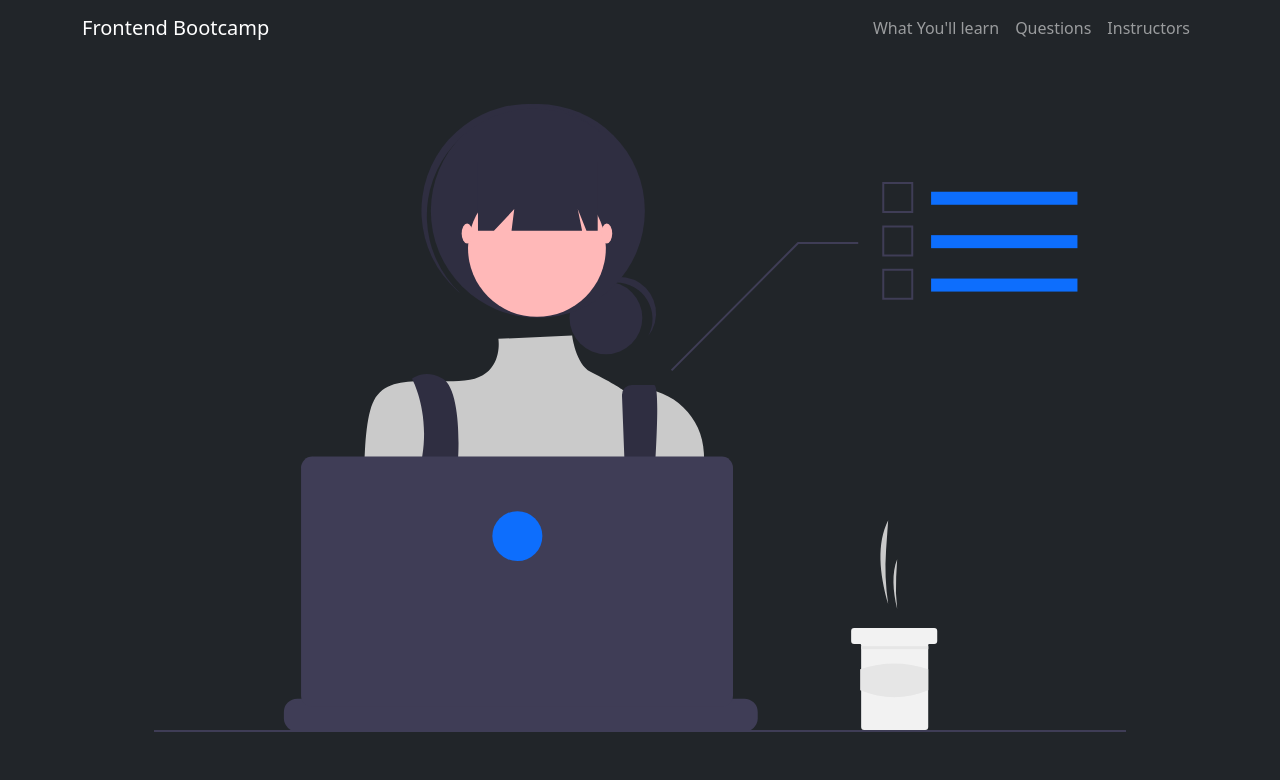
Repository: Marhamat92/Bootstrap5-Responsive-Website-
Page: index.html
These files come from the project's save history. The page is drawn as it stood at one moment and after the next save; the edit follows.
The browser window is 1280 px wide. The pictures show the whole page.

Above is the page before, as saved 2021-09-18 15:56:44.

After the next save:
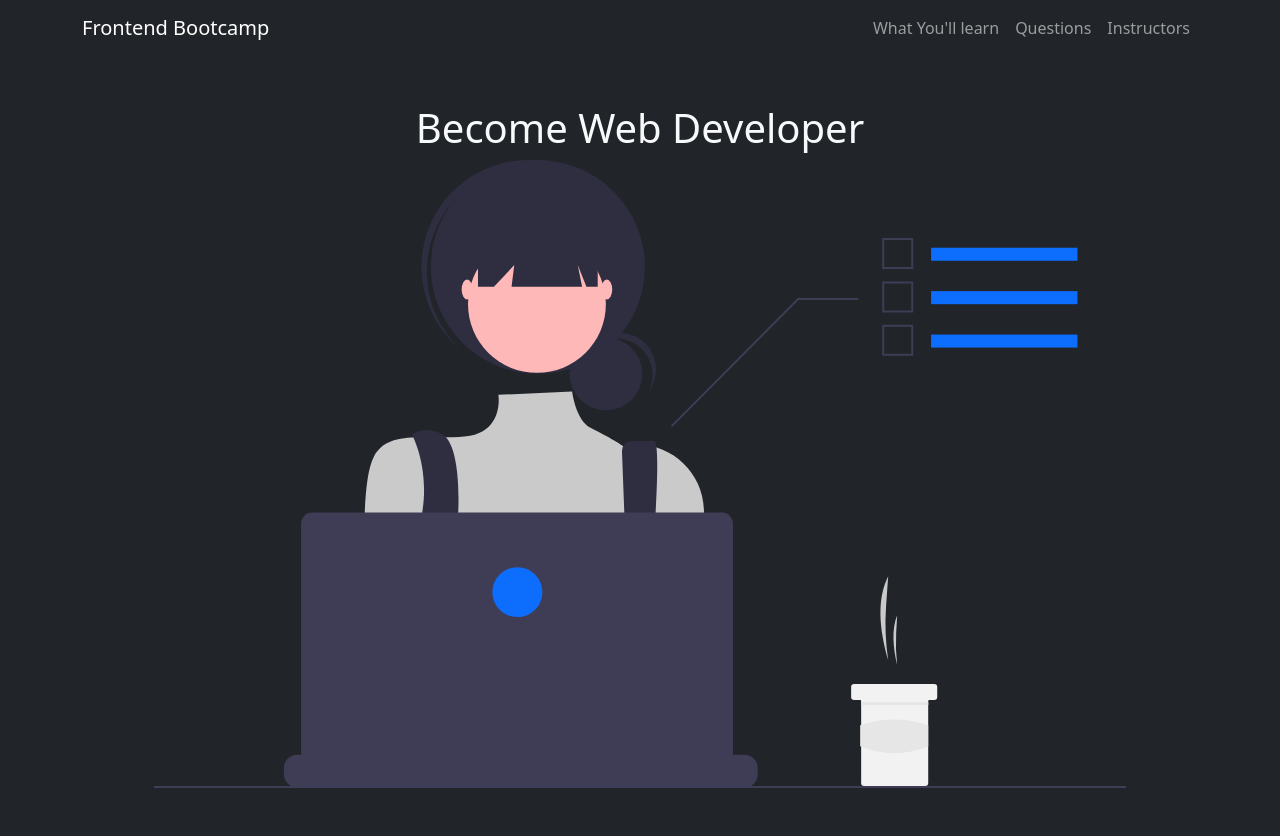
Saved 28 s later.
--- a/index.html
+++ b/index.html
@@ -41,7 +41,9 @@
 <section class="bg-dark text-light p-5 text-center">
     <div class="container">
       <div>
-          <div></div>
+          <div>
+              <h1>Become Web Developer</h1>
+          </div>
           <img src="img/showcase.svg" alt="showcase">
       </div>
     </div>
